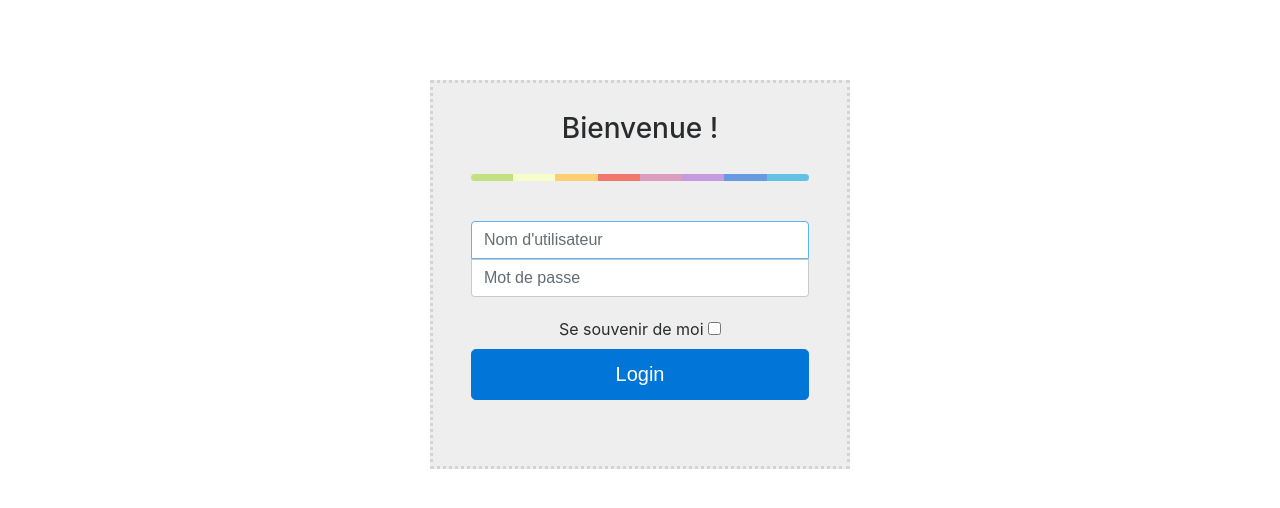
Repository: vmele/Cote
Page: http://localhost/PPE4_VMELE/ConnexionServlet
These files come from the project's save history. The page is drawn as it stood at one moment and after the next save; the edit follows.
The browser window is 1280 px wide. The pictures show the whole page.
The page is served by Tomcat 9. Other server files are loaded and not shown.

Above is the page before, as saved 2017-06-06 12:28:46.
Console error (its wording comes from the project's code and is left out).

### Workspace/PPE4_VMELE/WebContent/index.jsp
<%@ page language="java" contentType="text/html; charset=UTF-8"
	pageEncoding="UTF-8"%>

<!DOCTYPE html>
<html>
<head>
<title>Connexion</title>
<link rel="stylesheet" href="css/style.css">
<script
	src="https://maxcdn.bootstrapcdn.com/bootstrap/4.0.0-alpha.6/js/bootstrap.min.js"
	integrity="sha384-vBWWzlZJ8ea9aCX4pEW3rVHjgjt7zpkNpZk+02D9phzyeVkE+jo0ieGizqPLForn"
	crossorigin="anonymous"></script>
<link rel="stylesheet"
	href="https://maxcdn.bootstrapcdn.com/bootstrap/4.0.0-alpha.6/css/bootstrap.min.css"
	integrity="sha384-rwoIResjU2yc3z8GV/NPeZWAv56rSmLldC3R/AZzGRnGxQQKnKkoFVhFQhNUwEyJ"
	crossorigin="anonymous">
</head>

<body>

	<%-- 	<h3>S'identifier</h3>
	<p>Bienvenue, veuillez saisir vos informations de connexion pour
		continuer</p>
	<form action="LoginServlet" method="POST" name="formulaireConnexion">

		<!--  A GARDER -->
				<c:if test="${CONTROLE_CONNEXION eq'NOK'}">
			<div>
				<strong>Erreur</strong> La combinaison est incorrecte.
			</div>
		</c:if>

		<h5>Pseudo :</h5>
		<input type="text" name="LOGIN" id="LOGIN" value="${LOGIN}">
		<h5>Mot de passe :</h5>
		<input type="password" name="PASSWORD" id="PASSWORD" value="${MDP}">
		<br> <label for="MEMOIRE">Se souvenir de moi</label> <input
			type="checkbox" id="MEMOIRE" name="MEMOIRE">
		<c:if test="${MEMOIRE eq'OK'}">
		</c:if>
		<br> <br> <input type="submit" name="submit" id="sumbit"
			value="Se connecter"> <br>

	</form> --%>

	<div class="container">
		<div class="wrapper">
			<form action="LoginServlet" method="POST" name="formulaireConnexion"
				class="form-signin">
				<h3 class="form-signin-heading">Bienvenue !</h3>
				<hr class="colorgraph">
				<br> <input type="text" class="form-control" name="LOGIN"
					id="LOGIN" value="${LOGIN}" placeholder="Nom d'utilisateur"
					required="" autofocus="" /> <input type="password"
					class="form-control" name="PASSWORD" id="PASSWORD" value="${MDP}"
					placeholder="Mot de passe" required="" />

				<div class="loginCenter">
					<label for="MEMOIRE">Se souvenir de moi</label> <input
						type="checkbox" id="MEMOIRE" name="MEMOIRE">
					<c:if test="${MEMOIRE eq'OK'}">
					</c:if>
				</div>

				<button class="btn btn-lg btn-primary btn-block" name="Submit"
					value="Login" type="Submit">Login</button>
			</form>
		</div>
	</div>
</body>
</html>

### Workspace/PPE4_VMELE/src/servlet/ConnexionServlet.java
package servlet;

import java.io.IOException;
import javax.servlet.ServletException;
import javax.servlet.http.Cookie;
import javax.servlet.http.HttpServlet;
import javax.servlet.http.HttpServletRequest;
import javax.servlet.http.HttpServletResponse;

/**
 * Servlet implementation class ConnexionServlet
 */
public class ConnexionServlet extends HttpServlet
{
	private static final long serialVersionUID = 1L;
	public static final int COOKIE_MAX_AGE = 60 * 60 * 24 * 365; // 1 an

	/**
	 * @see HttpServlet#HttpServlet()
	 */
	public ConnexionServlet()
	{
		super();
		System.out.println("Constructeur ConnexionServlet");

		// TODO Auto-generated constructor stub
	}

	/**
	 * @see HttpServlet#doGet(HttpServletRequest request, HttpServletResponse
	 *      response)
	 */
	protected void doGet(HttpServletRequest request, HttpServletResponse response) throws ServletException, IOException
	{
		String contenuCookie = getCookieValue(request, "LOGIN");
		String login = "";
		String mdp = "";
		String memoire = "";
		int index1;
		int index2;

		if (contenuCookie != null)
		{
			index1 = contenuCookie.indexOf("-");
			index2 = contenuCookie.indexOf("/");

			memoire = contenuCookie.substring(0, index1);

			if (memoire.equals("OK"))
			{
				login = contenuCookie.substring(index1 + 1, index2);
				mdp = contenuCookie.substring(index2 + 1);
			}
			request.setAttribute("LOGIN", login);
			request.setAttribute("MDP", mdp);
			request.setAttribute("MEMOIRE", memoire);
		}
		request.getRequestDispatcher("/index.jsp").forward(request, response);
	}

	/**
	 * @see HttpServlet#doPost(HttpServletRequest request, HttpServletResponse
	 *      response)
	 */
	protected void doPost(HttpServletRequest request, HttpServletResponse response) throws ServletException, IOException
	{
		// TODO Auto-generated method stub
		doGet(request, response);
	}

	private static String getCookieValue(HttpServletRequest request, String login)
	{
		Cookie[] cookies = request.getCookies();

		if (cookies != null)
		{
			for (Cookie cookie : cookies)
			{
				if (cookie != null && login.equals(cookie.getName()))
				{
					return cookie.getValue();
				}
			}
		}
		return null;
	}
}

### Workspace/PPE4_VMELE/WebContent/css/style.css
@import url('https://fonts.googleapis.com/css?family=Open+Sans');

h6 {
	font-family: 'Open Sans', sans-serif;
	text-transform : uppercase;
	font-size : 8px;
	text-align : center;
}

.selecteur select {

	margin-right : auto;
	margin-left : auto;
}
.selecteur input {

	margin-right : auto;
	margin-left : auto;
	margin-bottom : 20px;
}

.selecteur btn {
	text-align : center;
	margin-right : auto;
	margin-left : auto
}

btn  {
	display: block;
  margin : auto;
}

.table-responsive {
    max-height:300px;
}

.loginCenter {
	text-align : center;
}

.wrapper {
	margin-top: 80px;
	margin-bottom: 20px;
}

.form-signin {
  max-width: 420px;
  padding: 30px 38px 66px;
  margin: 0 auto;
  background-color: #eee;
  border: 3px dotted rgba(0,0,0,0.1);
  }

.form-signin-heading {
  text-align:center;
  margin-bottom: 30px;
}

.form-control {
  position: relative;
  font-size: 16px;
  height: auto;
  padding: 10px;
}

input[type="text"] {
  margin-bottom: 0px;
  border-bottom-left-radius: 0;
  border-bottom-right-radius: 0;
}

input[type="password"] {
  margin-bottom: 20px;
  border-top-left-radius: 0;
  border-top-right-radius: 0;
}

.colorgraph {
  height: 7px;
  border-top: 0;
  background: #c4e17f;
  border-radius: 5px;
  background-image: -webkit-linear-gradient(left, #c4e17f, #c4e17f 12.5%, #f7fdca 12.5%, #f7fdca 25%, #fecf71 25%, #fecf71 37.5%, #f0776c 37.5%, #f0776c 50%, #db9dbe 50%, #db9dbe 62.5%, #c49cde 62.5%, #c49cde 75%, #669ae1 75%, #669ae1 87.5%, #62c2e4 87.5%, #62c2e4);
  background-image: -moz-linear-gradient(left, #c4e17f, #c4e17f 12.5%, #f7fdca 12.5%, #f7fdca 25%, #fecf71 25%, #fecf71 37.5%, #f0776c 37.5%, #f0776c 50%, #db9dbe 50%, #db9dbe 62.5%, #c49cde 62.5%, #c49cde 75%, #669ae1 75%, #669ae1 87.5%, #62c2e4 87.5%, #62c2e4);
  background-image: -o-linear-gradient(left, #c4e17f, #c4e17f 12.5%, #f7fdca 12.5%, #f7fdca 25%, #fecf71 25%, #fecf71 37.5%, #f0776c 37.5%, #f0776c 50%, #db9dbe 50%, #db9dbe 62.5%, #c49cde 62.5%, #c49cde 75%, #669ae1 75%, #669ae1 87.5%, #62c2e4 87.5%, #62c2e4);
  background-image: linear-gradient(to right, #c4e17f, #c4e17f 12.5%, #f7fdca 12.5%, #f7fdca 25%, #fecf71 25%, #fecf71 37.5%, #f0776c 37.5%, #f0776c 50%, #db9dbe 50%, #db9dbe 62.5%, #c49cde 62.5%, #c49cde 75%, #669ae1 75%, #669ae1 87.5%, #62c2e4 87.5%, #62c2e4);
}

After the next save:
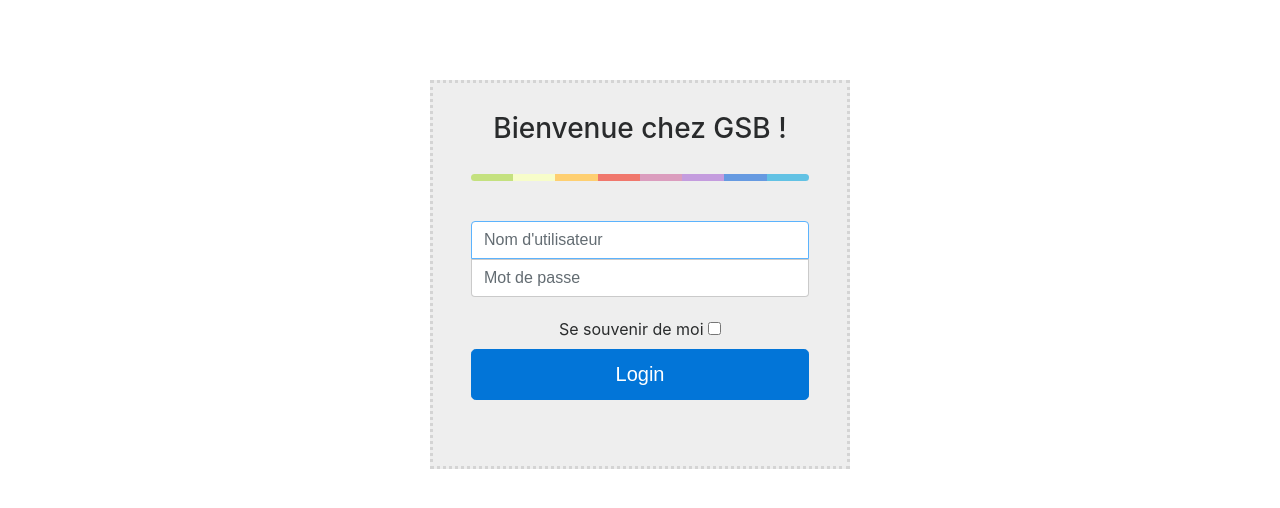
Saved 42 s later.
--- a/Workspace/PPE4_VMELE/WebContent/index.jsp
+++ b/Workspace/PPE4_VMELE/WebContent/index.jsp
@@ -47,7 +47,7 @@
 		<div class="wrapper">
 			<form action="LoginServlet" method="POST" name="formulaireConnexion"
 				class="form-signin">
-				<h3 class="form-signin-heading">Bienvenue !</h3>
+				<h3 class="form-signin-heading">Bienvenue chez GSB !</h3>
 				<hr class="colorgraph">
 				<br> <input type="text" class="form-control" name="LOGIN"
 					id="LOGIN" value="${LOGIN}" placeholder="Nom d'utilisateur"
